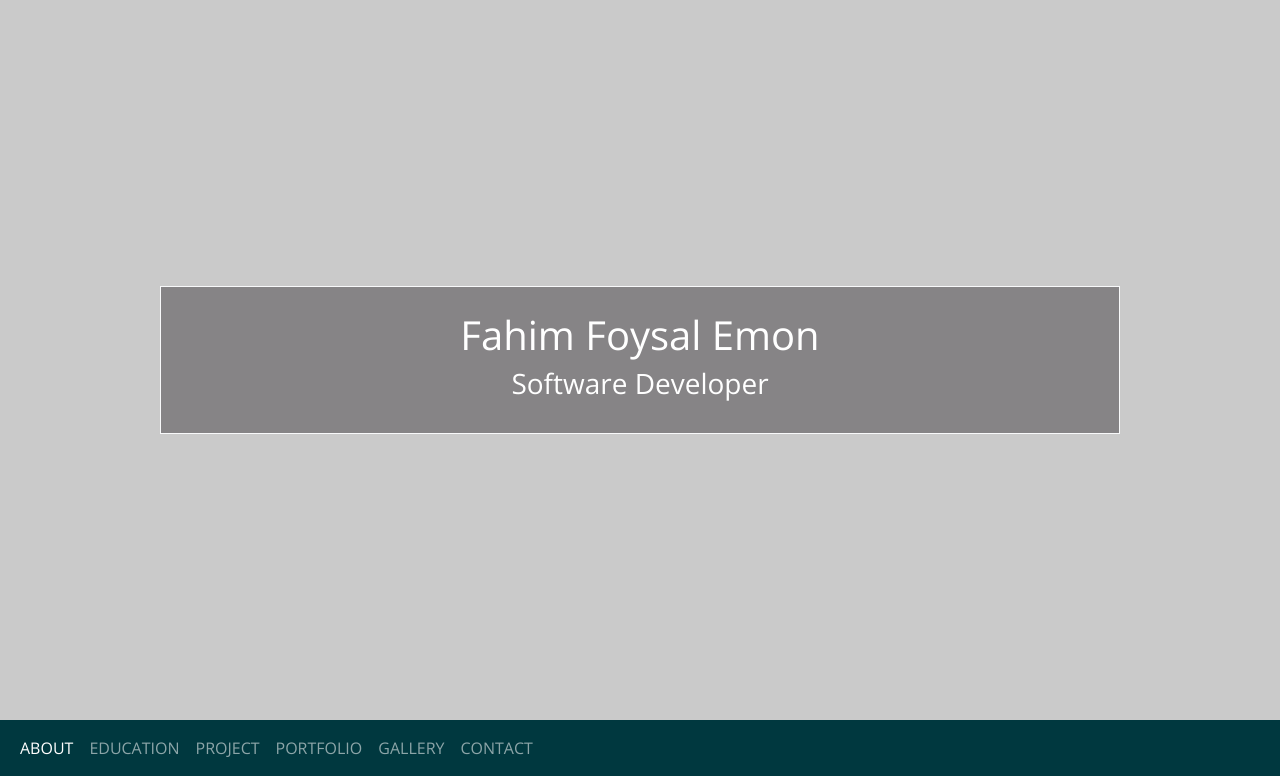
Repository: emowzz/emowzz.github.io
Page: index.html
An editor plug-in stored every save of this project. The page is shown before and after the next save, followed by the edit.
The browser window is 1280 px wide. The pictures show the whole page.
Some web libraries are served in a nearby version.

Above is the page before, as saved 2021-03-17 17:54:00.

### index.html
<!doctype html>
<html lang="en">
  <head>
    <!-- Required meta tags -->
    <meta charset="utf-8">
    <meta name="viewport" content="width=device-width, initial-scale=1">
    <link rel="shortcut icon" type="image/png" href="./Image/myImgZoom.jpg">
    <!-- Bootstrap CSS -->
    <link href="https://cdn.jsdelivr.net/npm/bootstrap@5.0.0-beta2/dist/css/bootstrap.min.css" rel="stylesheet" integrity="sha384-BmbxuPwQa2lc/FVzBcNJ7UAyJxM6wuqIj61tLrc4wSX0szH/Ev+nYRRuWlolflfl" crossorigin="anonymous">
    <link rel="preconnect" href="https://fonts.gstatic.com">
    <link href="https://fonts.googleapis.com/css2?family=Open+Sans:wght@300&display=swap" rel="stylesheet">
    <link rel="stylesheet" href="./CSS/style.css">


    <title>Hi There, I'm Fahim Foysal Emon!</title>

    <script src="https://kit.fontawesome.com/a076d05399.js" crossorigin="anonymous"></script>
  </head>
  <body>

    <!-- this is banner section -->
    <section class="banner-container container-fluid">
      <div class="row vh-100">
        <div class="col-md-9 banner-column m-auto text-center text-white p-4 border border-light">
            <h1 class="display:4 font-weight:bolder">Fahim Foysal Emon</h1>
            <h3>Software Developer</h3>
        </div>
      </div>
    </section>

    <!-- this is nav-bar section -->
    <nav class="navbar navbar-expand-lg navbar-dark navbar-container">
      <div class="container-fluid">
        <button class="navbar-toggler" type="button" data-bs-toggle="collapse" data-bs-target="#navbarSupportedContent" aria-controls="navbarSupportedContent" aria-expanded="false" aria-label="Toggle navigation">
          <span class="navbar-toggler-icon"></span>
        </button>
        <div class="collapse navbar-collapse" id="navbarSupportedContent">
          <ul class="navbar-nav me-auto mb-2 mb-lg-0">
            <li class="nav-item">
              <a class="nav-link active" aria-current="page" href="#About">ABOUT</a>
            </li>
            <li class="nav-item">
              <a class="nav-link" href="#Education">EDUCATION</a>
            </li>
            <li class="nav-item">
              <a class="nav-link" href="#Project">PROJECT</a>
            </li>
            <li class="nav-item">
              <a class="nav-link" href="#Portfolio">PORTFOLIO</a>
            </li>
            <li class="nav-item">
              <a class="nav-link" href="#Gallery">GALLERY</a>
            </li>
            <li class="nav-item">
              <a class="nav-link" href="#Contact">CONTACT</a>
            </li>
          </ul>
        </div>
      </div>
    </nav>

    <!-- Optional JavaScript; choose one of the two! -->

    <!-- Option 1: Bootstrap Bundle with Popper -->
    <script src="https://cdn.jsdelivr.net/npm/bootstrap@5.0.0-beta2/dist/js/bootstrap.bundle.min.js" integrity="sha384-b5kHyXgcpbZJO/tY9Ul7kGkf1S0CWuKcCD38l8YkeH8z8QjE0GmW1gYU5S9FOnJ0" crossorigin="anonymous"></script>

    <!-- Option 2: Separate Popper and Bootstrap JS -->
    <!--
    <script src="https://cdn.jsdelivr.net/npm/@popperjs/core@2.6.0/dist/umd/popper.min.js" integrity="sha384-KsvD1yqQ1/1+IA7gi3P0tyJcT3vR+NdBTt13hSJ2lnve8agRGXTTyNaBYmCR/Nwi" crossorigin="anonymous"></script>
    <script src="https://cdn.jsdelivr.net/npm/bootstrap@5.0.0-beta2/dist/js/bootstrap.min.js" integrity="sha384-nsg8ua9HAw1y0W1btsyWgBklPnCUAFLuTMS2G72MMONqmOymq585AcH49TLBQObG" crossorigin="anonymous"></script>
    -->
  </body>
</html>

### CSS/style.css
body {
    font-family: 'Open Sans', sans-serif;
}


.banner-container {
    background-color: #CACACA;
}

.banner-column {
    background-color: #868486;
}

.navbar-container {
    background-color: #00383F;
}

After the next save:
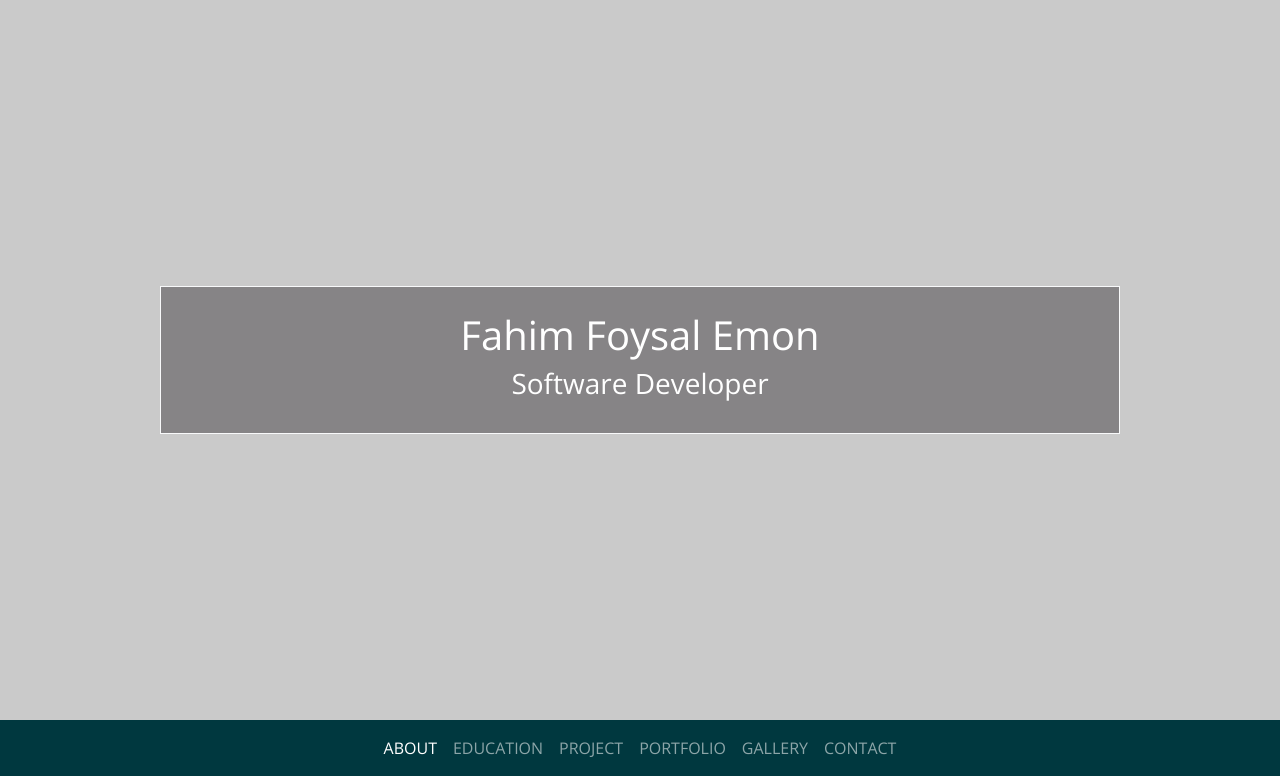
Saved 108 s later.
--- a/index.html
+++ b/index.html
@@ -35,7 +35,7 @@
           <span class="navbar-toggler-icon"></span>
         </button>
         <div class="collapse navbar-collapse" id="navbarSupportedContent">
-          <ul class="navbar-nav me-auto mb-2 mb-lg-0">
+          <ul class="navbar-nav m-auto mb-2 mb-lg-0">
             <li class="nav-item">
               <a class="nav-link active" aria-current="page" href="#About">ABOUT</a>
             </li>
